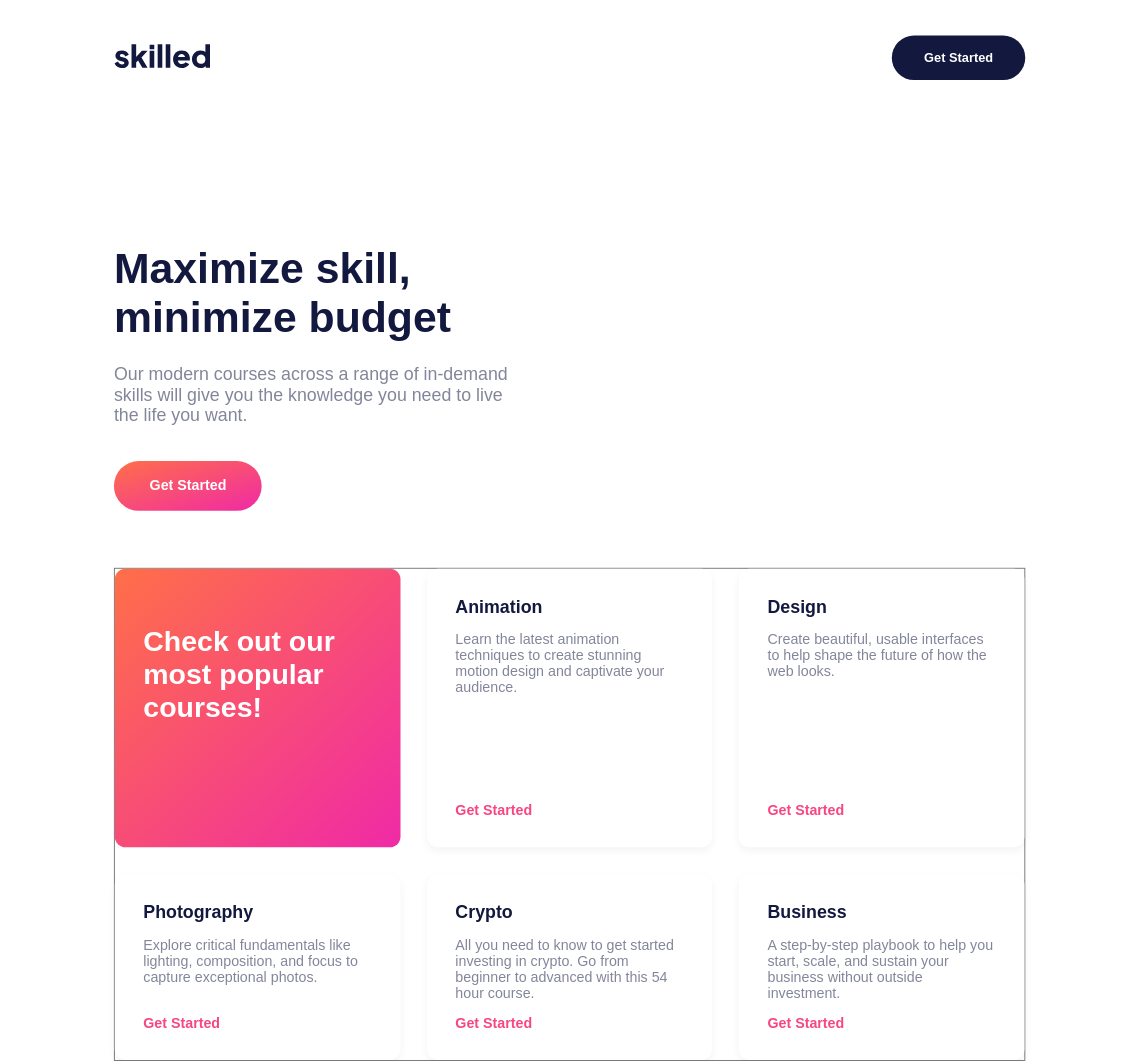
Repository: exe-walt/E-Learning-Landing-Page
Page: index.html
The author's editor kept a copy of each file at every save. The page is drawn from the files as they stood at one save, then again after the next save.
The browser window is 1280 px wide. The pictures show the whole page, at 89% of full size.
An inner scrolling area shows only its first screen. Some web fonts or font styles are not loaded; a fallback is used.

Above is the page before, as saved 2025-05-29 12:46:43.

After the next save:
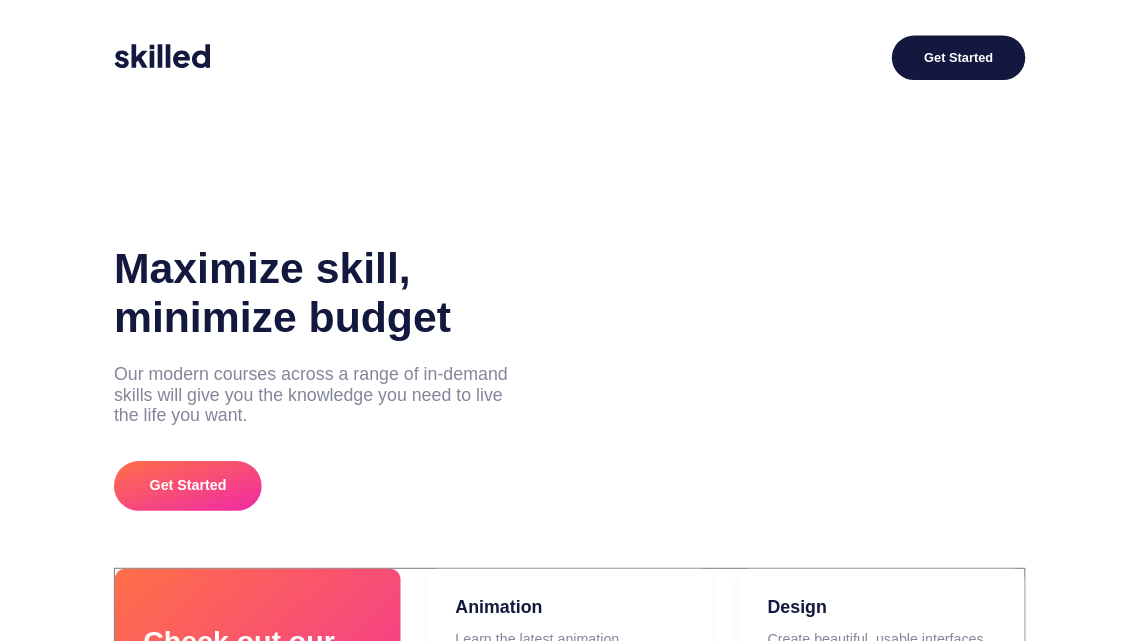
Saved 75 s later.
--- a/css/style.css
+++ b/css/style.css
@@ -13,6 +13,12 @@ body {
   font-family: "Plus Jakarta Sans", sans-serif;
   margin: 0;
   background-color: #ffffff;
+}
+
+html, body {
+  height: 100%;
+  width: 100%;
+  overflow-x: hidden;
 }
 
 .content-container {
